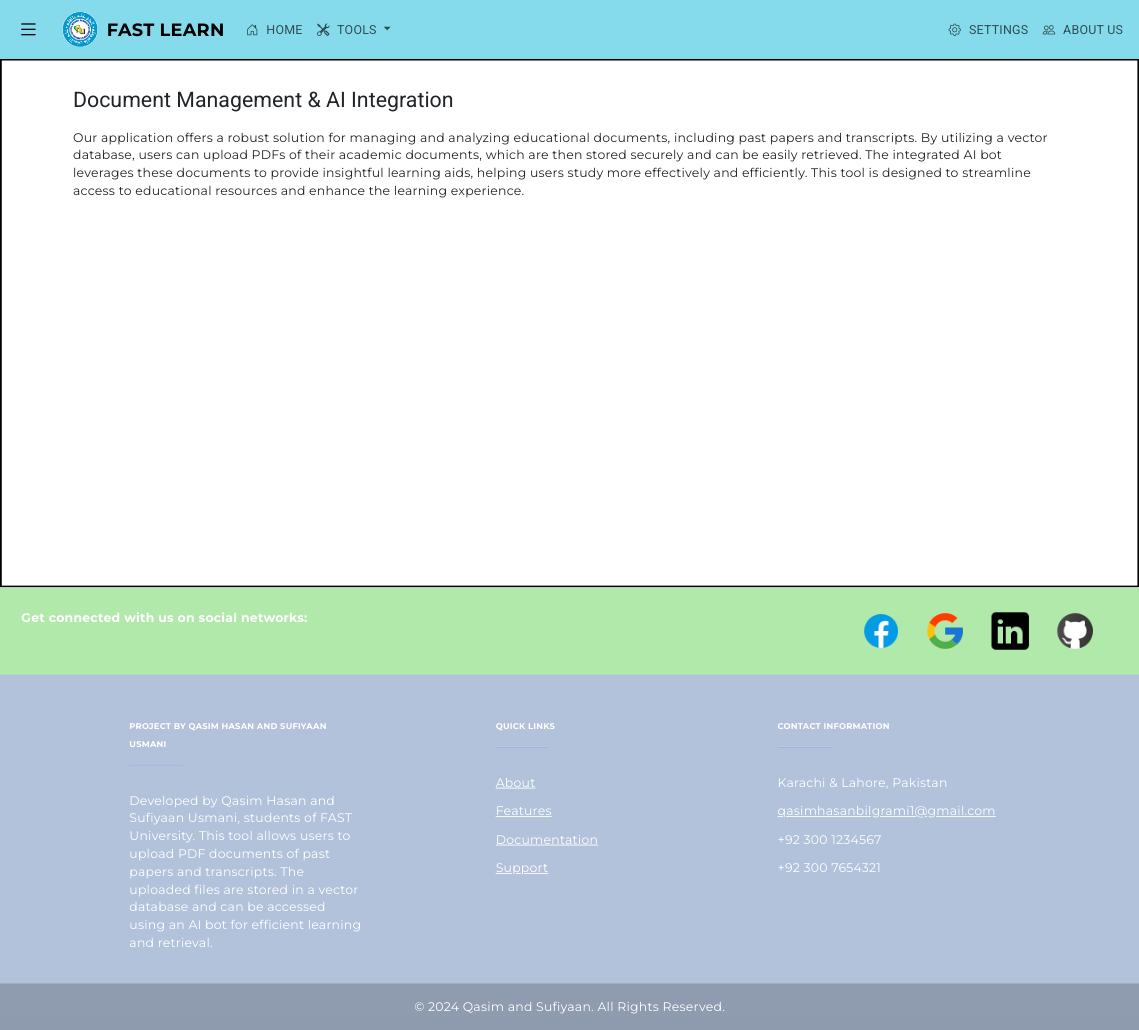
Repository: fastlearn-e0c9858e10ed/Frontend
Page: / (app in fastlearn/)
The author's editor kept a copy of each file at every save. The page is drawn from the files as they stood at one save, then again after the next save.
The browser window is 1280 px wide. The pictures show the whole page, at 89% of full size.
The project was rebuilt for these pictures with package versions that can differ from the ones it lists, and the page was loaded fresh each time. Also part of the build but not shown: fastlearn/angular.json.

Above is the page before, as saved 2024-08-19 10:42:59.

### fastlearn/src/index.html
<!DOCTYPE html>
<html lang="en">
  <head>
    <meta charset="utf-8" />
    <title>Fastlearn</title>
    <base href="/" />
    <meta name="viewport" content="width=device-width, initial-scale=1" />
    <link rel="icon" type="image/x-icon" href="favicon.ico" />
    <link rel="preconnect" href="https://fonts.gstatic.com" />
    <link
      href="https://fonts.googleapis.com/css2?family=Roboto:wght@300;400;500&display=swap"
      rel="stylesheet"
    />
    <link
      href="https://fonts.googleapis.com/icon?family=Material+Icons"
      rel="stylesheet"
    />
    <link
      href="https://fonts.googleapis.com/css2?family=Montserrat:wght@400;700&display=swap"
      rel="stylesheet"
    />
    <!-- Bootstrap Icons CSS -->
    <link
      rel="stylesheet"
      href="https://cdnjs.cloudflare.com/ajax/libs/bootstrap-icons/1.10.0/font/bootstrap-icons.min.css"
    />
    <!-- Bootstrap 5 CSS -->
    <link
      href="https://cdnjs.cloudflare.com/ajax/libs/bootstrap/5.3.0/css/bootstrap.min.css"
      rel="stylesheet"
    />
    <!-- Popper.js (required for some Bootstrap 5 components) -->
    <script src="https://cdnjs.cloudflare.com/ajax/libs/popper.js/2.11.6/umd/popper.min.js"></script>

    <!-- Bootstrap 5 JavaScript -->
    <script src="https://cdnjs.cloudflare.com/ajax/libs/bootstrap/5.3.0/js/bootstrap.bundle.min.js"></script>
  </head>
  <body class="mat-typography">
    <app-root></app-root>
  </body>
</html>

### fastlearn/src/styles.css
/* You can add global styles to this file, and also import other style files */

html, body { height: 100%; }
body { margin: 0; font-family: Roboto, "Helvetica Neue", sans-serif; }

@import "~bootstrap-icons/font/bootstrap-icons.css";
@import url('https://fonts.googleapis.com/css2?family=Montserrat:wght@400;700&display=swap');

### fastlearn/src/app/app.module.ts
import { NgModule } from '@angular/core';
import { BrowserModule } from '@angular/platform-browser';

import { AppRoutingModule } from './app-routing.module';
import { AppComponent } from './app.component';
import { BrowserAnimationsModule } from '@angular/platform-browser/animations';
import { HeaderPageComponent } from './components/header-page/header-page.component';
import { FooterPageComponent } from './components/footer-page/footer-page.component';
import { HomePageComponent } from './components/home-page/home-page.component';

import { MatMenuModule } from '@angular/material/menu';
@NgModule({
  declarations: [
    AppComponent,
    HeaderPageComponent,
    FooterPageComponent,
    HomePageComponent
  ],
  imports: [
    BrowserModule,
    AppRoutingModule,
    BrowserAnimationsModule,
    MatMenuModule
  ],
  providers: [],
  bootstrap: [AppComponent]
})
export class AppModule { }

### fastlearn/src/app/app-routing.module.ts
import { NgModule } from '@angular/core';
import { RouterModule, Routes } from '@angular/router';
import { HomePageComponent } from './components/home-page/home-page.component';

const routes: Routes = [
  { path: '', redirectTo: '/homepage', pathMatch: 'full' },
  { path: 'homepage', component: HomePageComponent },
];

@NgModule({
  imports: [RouterModule.forRoot(routes)],
  exports: [RouterModule]
})
export class AppRoutingModule { }

### fastlearn/src/app/app.component.ts
import { Component } from '@angular/core';

@Component({
  selector: 'app-root',
  templateUrl: './app.component.html',
  styleUrls: ['./app.component.css']
})
export class AppComponent {
  title = 'fastlearn';
}

### fastlearn/src/app/components/header-page/header-page.component.ts
import { Component } from '@angular/core';

@Component({
  selector: 'app-header-page',
  templateUrl: './header-page.component.html',
  styleUrls: ['./header-page.component.css']
})
export class HeaderPageComponent {

}

### fastlearn/src/app/components/footer-page/footer-page.component.ts
import { Component } from '@angular/core';

@Component({
  selector: 'app-footer-page',
  templateUrl: './footer-page.component.html',
  styleUrls: ['./footer-page.component.css']
})
export class FooterPageComponent {

}

### fastlearn/src/app/app.component.html
<app-header-page></app-header-page>

<main class="content">
  <router-outlet></router-outlet> <!-- This is where your routed components will be displayed -->
</main>

<app-footer-page class="footer"></app-footer-page>

### fastlearn/src/app/app.component.css
main.content {
  flex: 1; /* Take up remaining space */
  overflow-y: auto; /* Enable scrolling if content exceeds viewport */
  padding: 20px; /* Adjust as needed */
  border: 2px solid black; /* Example border */
  box-sizing: border-box; /* Include padding and border in width/height */
}

.footer {
  background-color: #1c2331;
  color: white;
  width: 100%;
  height: 60px; /* Fixed height */
  margin-top: auto; /* Push the footer to the bottom */
}

:host {
  display: flex;
  flex-direction: column;
  min-height: 100vh; /* Ensure full viewport height */
  margin: 0;
}

### fastlearn/src/app/components/header-page/header-page.component.html
<nav class="navbar navbar-expand-lg navbar-light" style="background-color: #85dbeb;">
  <a class="navbar-brand ml-2 d-flex align-items-center" href="#">
    <!-- Drawer Icon -->
    <i class="bi bi-list navbar-icon mr-2" style="font-size: 24px; cursor: pointer;" onclick="toggleDrawer()"></i>

    <!-- Fast Learn Icon and Text -->
    <img src="../../../assets/header_icons/fast.png" alt="Custom Icon" class="navbar-icon mr-2">
    FAST LEARN
  </a>

  <!-- Toggler for mobile view -->
  <button class="navbar-toggler" type="button" data-bs-toggle="collapse" data-bs-target="#navbarNav" aria-controls="navbarNav" aria-expanded="false" aria-label="Toggle navigation">
    <span class="navbar-toggler-icon"></span>
  </button>

  <!-- Navbar content -->
  <div class="collapse navbar-collapse" id="navbarNav">
    <ul class="navbar-nav mr-auto">
      <li class="nav-item active">
        <a class="nav-link" routerLink="/homepage">
          <i class="bi bi-house-door"></i> HOME
        </a>
      </li>

      <li class="nav-item dropdown">
        <a class="nav-link dropdown-toggle" href="#" id="navbarDropdown" role="button" data-bs-toggle="dropdown" aria-expanded="false">
          <i class="bi bi-tools"></i> TOOLS
        </a>
        <ul class="dropdown-menu" aria-labelledby="navbarDropdown">
          <li><a class="dropdown-item" routerLink="/toolpage/notespage">Notes</a></li>
          <li><a class="dropdown-item" routerLink="/toolpage/pastpaperpage">Past Paper</a></li>
        </ul>
      </li>
    </ul>
    <div class="ml-auto d-flex align-items-center">
      <ul class="navbar-nav">
        <li class="nav-item">
          <a class="nav-link" routerLink="/settingpage">
            <i class="bi bi-gear"></i> SETTINGS
          </a>
        </li>
        <li class="nav-item">
          <a class="nav-link" routerLink="/settingpage">
            <i class="bi bi-people"></i> ABOUT US
          </a>
        </li>
      </ul>
    </div>
  </div>
</nav>

### fastlearn/src/app/components/header-page/header-page.component.css
/* Include Montserrat font */
@import url('https://fonts.googleapis.com/css2?family=Montserrat:wght@400;700&display=swap');

/* Navbar styling */
.navbar {
  color: #0ec3e7; /* Light blue background color */
}

/* Navbar brand styling */
.navbar-brand {
  margin-left: 20px; /* Space from the left edge */
  font-weight: bold; /* Make the brand name bold */
  font-family: 'Montserrat', sans-serif; /* Apply Montserrat font */

}

/* Align elements to the right and add spacing */
.ml-auto {
  margin-left: auto; /* Push elements to the right */
  margin-right: 10px; /* Space from the right edge */
}

/* Flex styling for inline forms */
.form-inline {
  display: flex; /* Use flexbox layout */
  align-items: center; /* Center align items vertically */
}

/* Margin adjustments for form controls */
.form-control {
  margin-right: 5px; /* Space between form controls */
}

/* Space between icon and text in nav links */
.navbar .nav-link i {
  margin-right: 5px; /* Space between icon and text */

}

/* Ensure dropdown menu appears correctly */
.navbar-nav .dropdown-menu {
  right: 0; /* Align dropdown to the right */
  left: auto; /* Override left alignment */
}



/* Navbar icon styling */
.navbar-icon {
  width: 40px; /* Adjust the size as needed */
  height: auto; /* Maintain aspect ratio */
  margin-right: 10px;
  border-radius: 25px;
}

/* Optional: Add additional styling */
.navbar-brand {
  display: flex;
  align-items: center;
  font-family: 'Montserrat', sans-serif; /* Ensure Montserrat is applied */
}

### fastlearn/src/app/components/footer-page/footer-page.component.html
<footer class="footer">
  <!-- Section: Social media -->
  <section class="d-flex justify-content-between p-4 social-media-section">
    <!-- Left -->
    <div class="me-5">
      <span>Get connected with us on social networks:</span>
    </div>
    <!-- Right -->
    <div>
      <a href="https://www.facebook.com/" class="text-white me-4" target="_blank" rel="noopener">
        <img src="../../../assets/footer_icons/facebook-icon.png" alt="Facebook">
      </a>

      <a href="https://www.google.com/" class="text-white me-4" target="_blank" rel="noopener">
        <img src="../../../assets/footer_icons/google-icon.png" alt="Google">
      </a>
      <a href="https://www.linkedin.com/" class="text-white me-4" target="_blank" rel="noopener">
        <img src="../../../assets/footer_icons/linkedin-icon.png" alt="LinkedIn">
      </a>
      <a href="https://github.com/" class="text-white me-4" target="_blank" rel="noopener">
        <img src="../../../assets/footer_icons/github-icon.png" alt="GitHub">
      </a>
    </div>
  </section>

  <!-- Section: Links  -->
  <section class="links-section">
    <div class="container text-center text-md-start mt-5">
      <!-- Grid row -->
      <div class="row mt-3">
        <!-- Grid column -->
        <div class="col-md-3 col-lg-4 col-xl-3 mx-auto mb-4">
          <!-- Content -->
          <h6 class="text-uppercase fw-bold">Project by Qasim Hasan and Sufiyaan Usmani</h6>
          <hr class="mb-4 mt-0 d-inline-block mx-auto" />
          <p>
            Developed by Qasim Hasan and Sufiyaan Usmani, students of FAST University. This tool allows users to upload PDF documents of past papers and transcripts. The uploaded files are stored in a vector database and can be accessed using an AI bot for efficient learning and retrieval.
          </p>

        </div>
        <!-- Grid column -->

        <!-- Grid column -->
        <div class="col-md-2 col-lg-2 col-xl-2 mx-auto mb-4">
          <!-- Links -->
          <h6 class="text-uppercase fw-bold">Quick Links</h6>
          <hr class="mb-4 mt-0 d-inline-block mx-auto" />
          <p>
            <a href="#!" class="text-white">About</a>
          </p>
          <p>
            <a href="#!" class="text-white">Features</a>
          </p>
          <p>
            <a href="#!" class="text-white">Documentation</a>
          </p>
          <p>
            <a href="#!" class="text-white">Support</a>
          </p>
        </div>
        <!-- Grid column -->

        <!-- Grid column -->

        <!-- Grid column -->
        <div class="col-md-4 col-lg-3 col-xl-3 mx-auto mb-md-0 mb-4">
          <!-- Contact Information -->
          <h6 class="text-uppercase fw-bold">Contact Information</h6>
          <hr class="mb-4 mt-0 d-inline-block mx-auto" />
          <p><i class="fas fa-home mr-3"></i> Karachi & Lahore, Pakistan</p>
          <p><i class="fas fa-envelope mr-3"></i> <a href="mailto:qasimhasanbilgrami1@gmail.com" class="text-white">qasimhasanbilgrami1&#64;gmail.com</a></p>
          <p><i class="fas fa-phone mr-3"></i> +92 300 1234567</p>
          <p><i class="fas fa-print mr-3"></i> +92 300 7654321</p>
        </div>
        <!-- Grid column -->
      </div>
      <!-- Grid row -->
    </div>
  </section>
  <!-- Section: Links  -->

  <!-- Copyright -->
  <div class="text-center p-3 copyright-section">
    © 2024 Qasim and Sufiyaan. All Rights Reserved.
  </div>
  <!-- Copyright -->
</footer>

### fastlearn/src/app/components/footer-page/footer-page.component.css
/* Import Montserrat font */
@import url('https://fonts.googleapis.com/css2?family=Montserrat:wght@400;700&display=swap');

/* Footer styling */
.footer {
  background-color: #b2c2db; /* Dark background color */
  color: white; /* Text color */
  width: 100%; /* Full width */
  left: 0; /* Align to the left edge */
  bottom: 0; /* Align to the bottom edge */
  font-family: 'Montserrat', sans-serif; /* Apply Montserrat font */
}

/* Social media section styling */
.social-media-section {
  background-color: #b1e9aa; /* Green background color */
  font-weight: bold;
}

.social-media-section .text-white {
  margin-right: 1rem; /* Space between social media icons */
}

/* Links section styling */
.links-section .text-uppercase {
  font-weight: bold; /* Bold text */
  font-family: 'Montserrat', sans-serif; /* Apply Montserrat font */
}

.links-section hr {
  width: 60px; /* Line width */
  background-color: #7c4dff; /* Purple line color */
  height: 2px; /* Line height */
}

/* Copyright section styling */
.copyright-section {
  background-color: rgba(0, 0, 0, 0.2); /* Semi-transparent black background */
  font-family: 'Montserrat', sans-serif; /* Apply Montserrat font */
}

### fastlearn/src/app/components/home-page/home-page.component.html
<!-- Container for text -->
<div class="container my-2">
  <h1>Document Management & AI Integration</h1>
  <p>
    Our application offers a robust solution for managing and analyzing educational documents, including past papers and transcripts.
    By utilizing a vector database, users can upload PDFs of their academic documents, which are then stored securely and can be easily
    retrieved. The integrated AI bot leverages these documents to provide insightful learning aids, helping users study more effectively
    and efficiently. This tool is designed to streamline access to educational resources and enhance the learning experience.
  </p>
</div>

### fastlearn/src/app/components/home-page/home-page.component.css
.container{
  font-family: 'Montserrat', sans-serif; /* Apply Montserrat font */
}

Loaded but not shown: fastlearn/src/main.ts (common file); fastlearn/src/app/components/home-page/home-page.component.ts (common file)

After the next save:
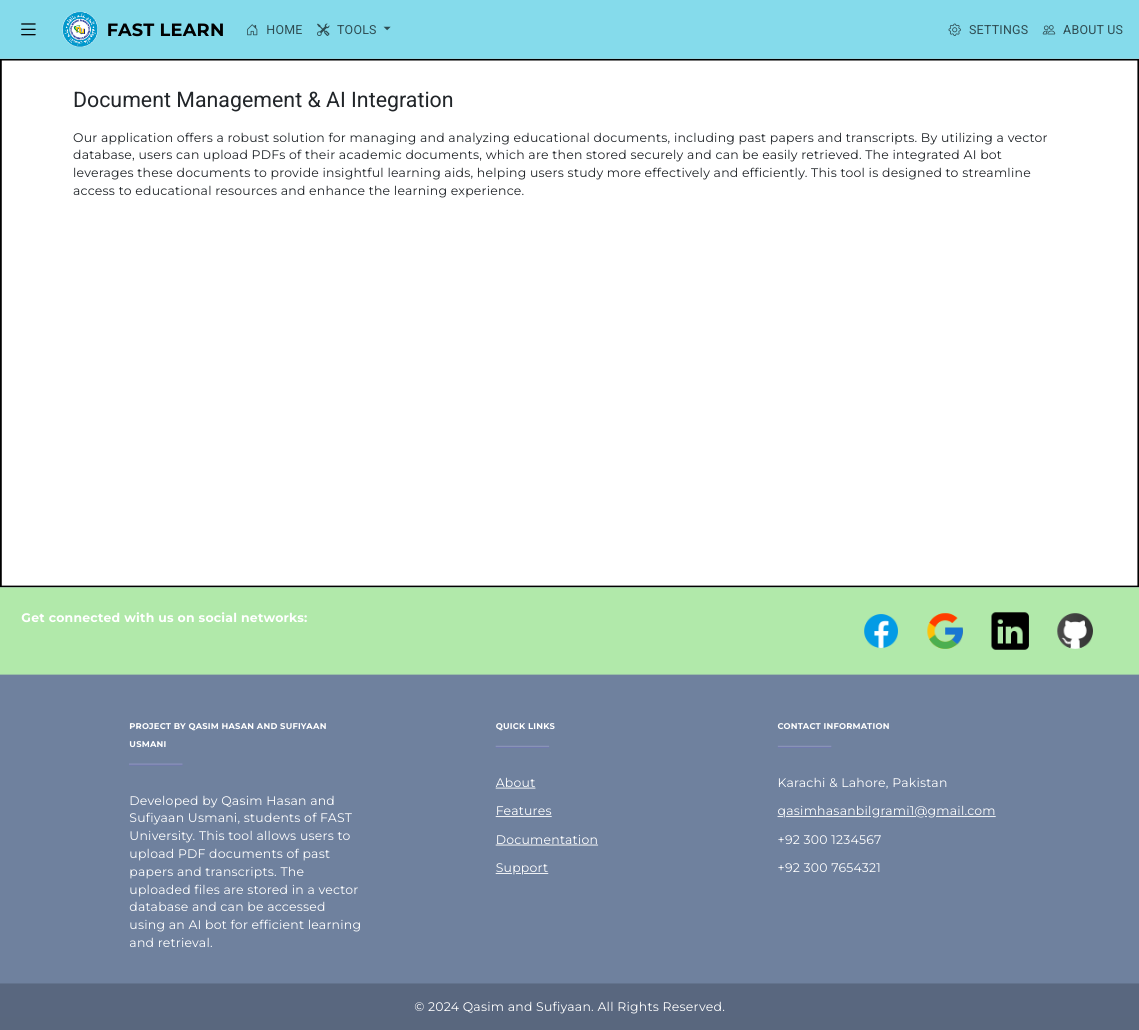
Saved 10 s later.
--- a/fastlearn/src/app/components/footer-page/footer-page.component.css
+++ b/fastlearn/src/app/components/footer-page/footer-page.component.css
@@ -3,7 +3,7 @@
 
 /* Footer styling */
 .footer {
-  background-color: #b2c2db; /* Dark background color */
+  background-color: #6f819e; /* Dark background color */
   color: white; /* Text color */
   width: 100%; /* Full width */
   left: 0; /* Align to the left edge */
